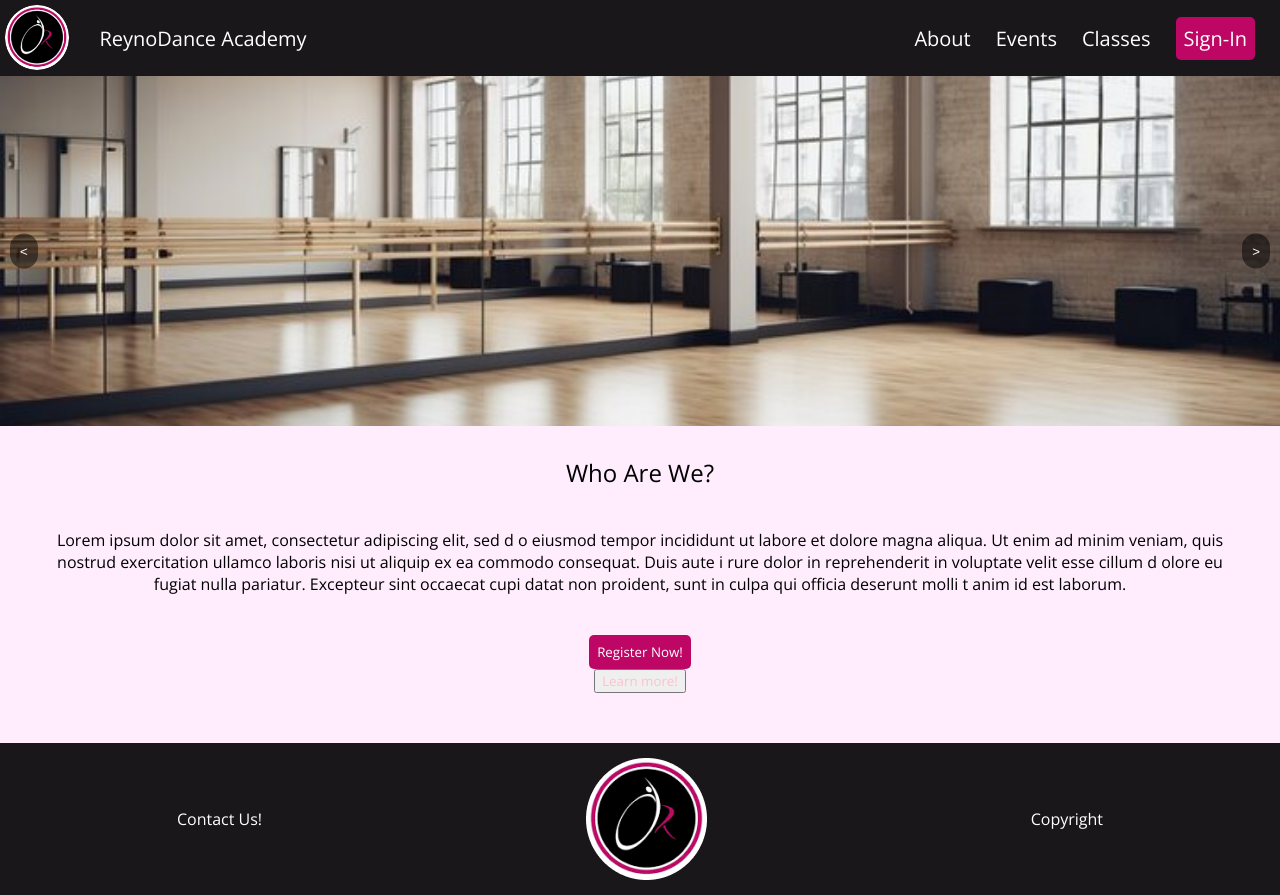
Repository: andreaelpz/reynodance-academy
Page: /
An editor plug-in stored every save of this project. The page is shown before and after the next save, followed by the edit.
The browser window is 1280 px wide. The pictures show the whole page.
The project was rebuilt for these pictures with package versions that can differ from the ones it lists, and the page was loaded fresh each time. Also part of the build but not shown: angular.json, src/app/about/about.component.ts, src/app/classes/classes.component.ts, src/app/events/events.component.ts, src/app/user/sign-in/sign-in.component.ts, src/app/dashboard/dashboard.component.ts, src/app/user/register/register.component.ts, src/app/login/login.component.ts.

Above is the page before, as saved 2024-11-19 23:23:30.

After the next save:
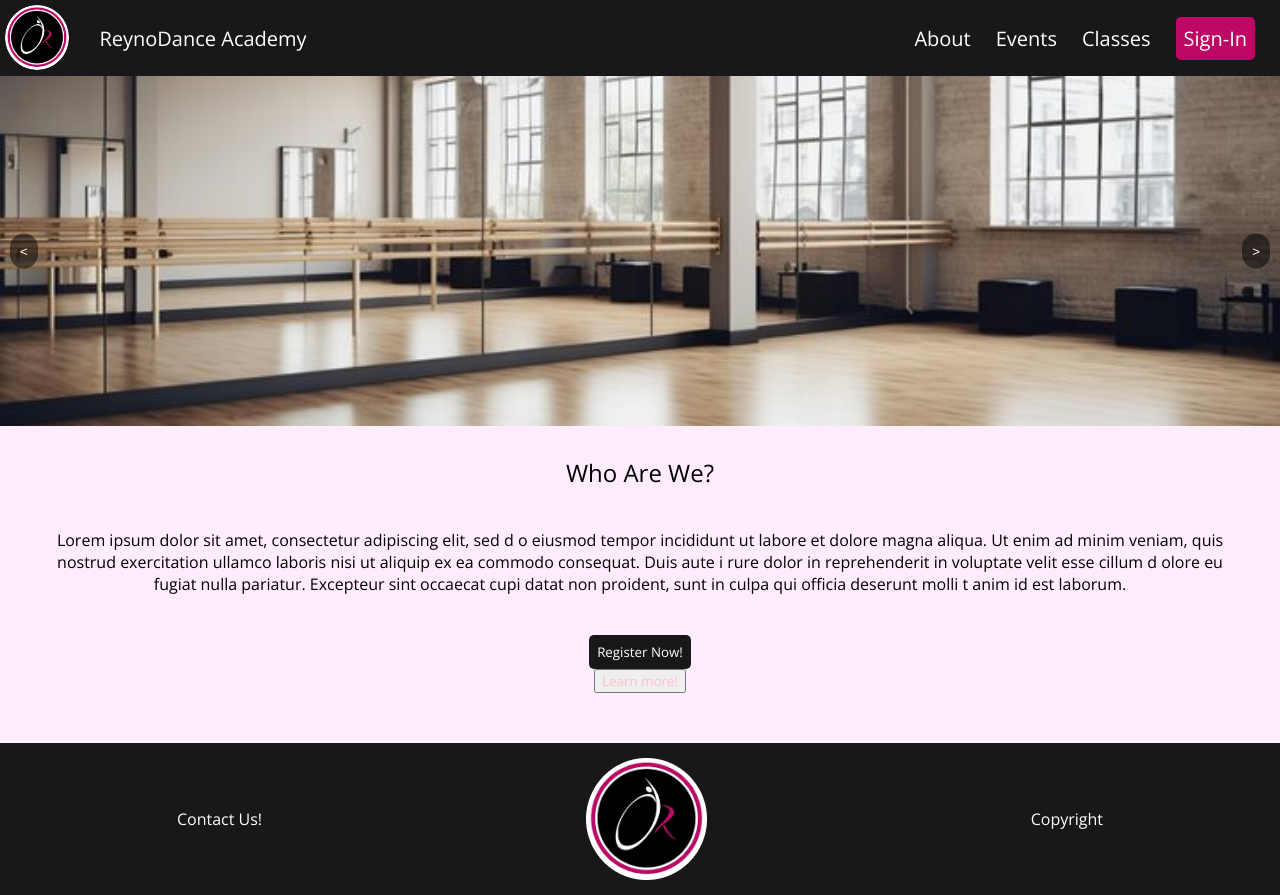
Saved 4 s later.
--- a/src/app/home/home.component.css
+++ b/src/app/home/home.component.css
@@ -64,7 +64,7 @@ img {
 }
 
 .register{
-  background-color: var(--hotPink);
+  background-color: var(--black);
   padding: 8px;
   border-radius: 5px;
   border: none;
